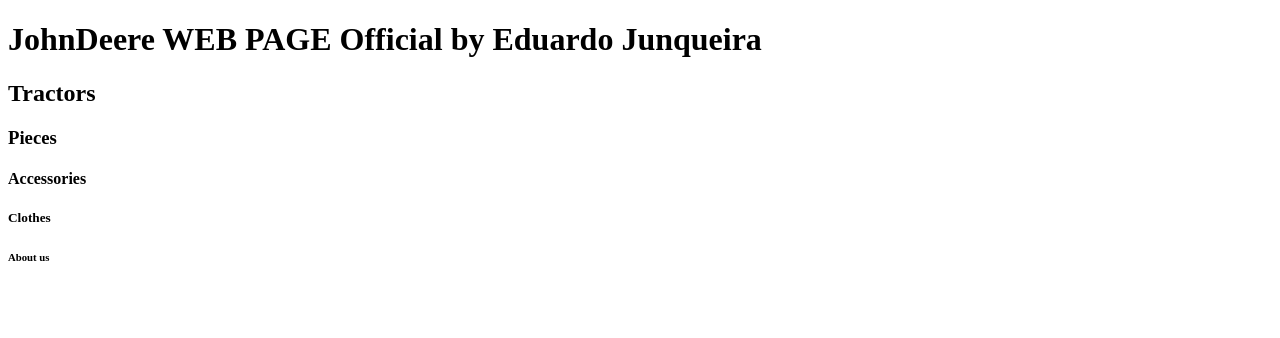
Repository: EduardoJunqueira2004/WEBJohnDeere
Page: index.html
An editor plug-in stored every save of this project. The page is shown before and after a run of saves, followed by the edit.
The browser window is 1280 px wide. The pictures show the whole page.

Above is the page before, as saved 2024-12-05 10:56:36.

After the next 9 saves:
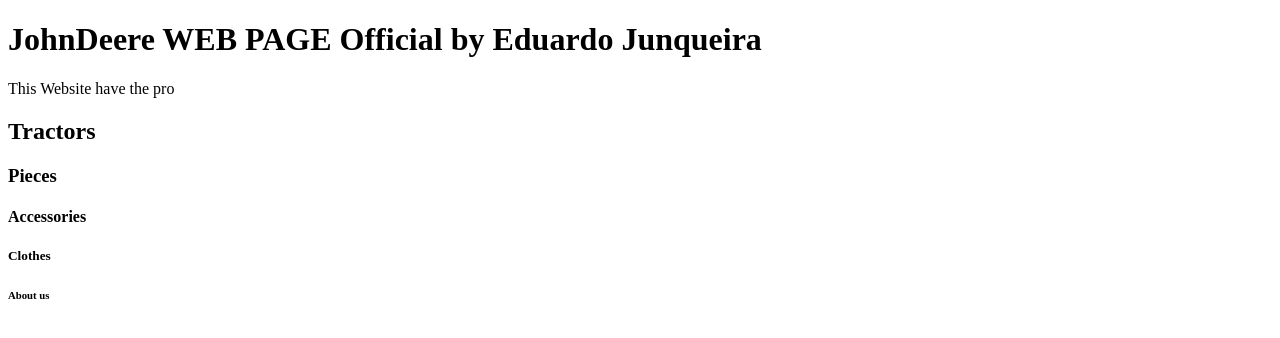
The 9 saves are shown as one change because they came seconds apart.
The last was saved 15 s later.
--- a/index.html
+++ b/index.html
@@ -9,7 +9,8 @@
     <!--heder1-->
     <h1>JohnDeere WEB PAGE Official by Eduardo Junqueira</h1>
     <p>
-        </
+        This Website have the pro
+    </p>
     <!--heder2-->
     <h2>Tractors</h2>
     <!--heder3-->
